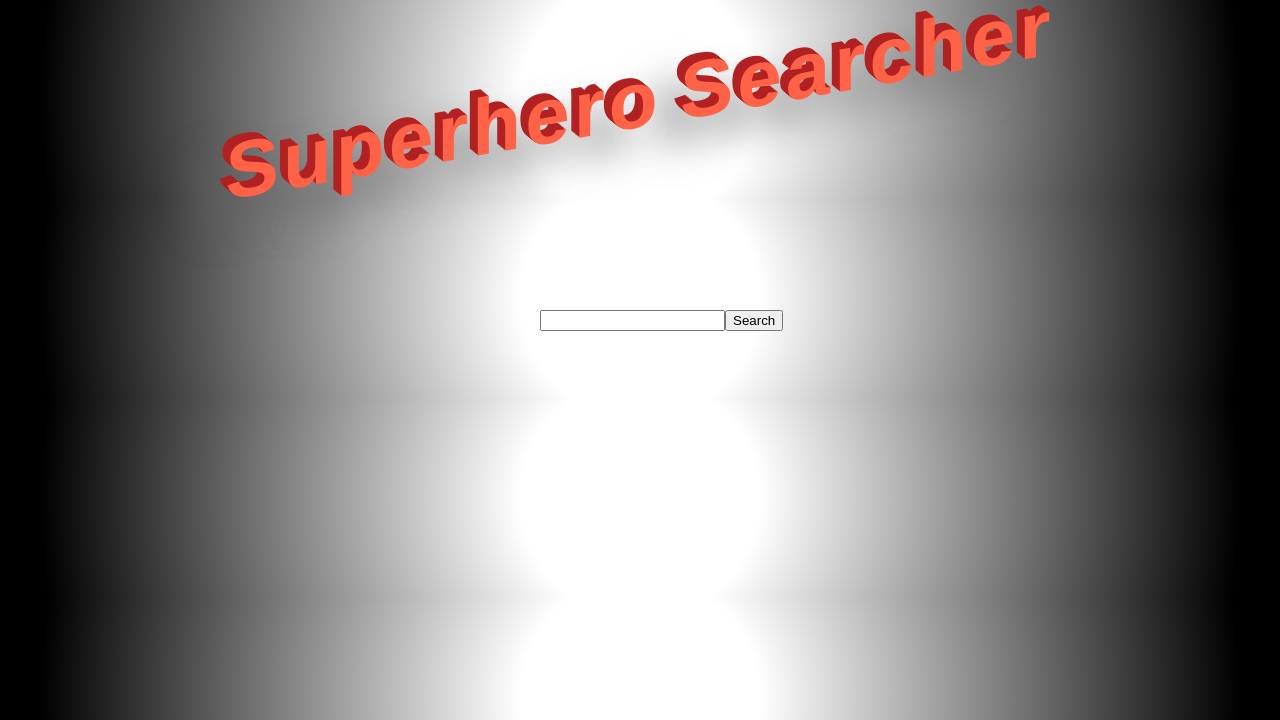
Repository: savi1623/SuperheroSearcher
Page: / (app in my-app/)
An editor plug-in stored every save of this project. The page is shown before and after the next save, followed by the edit.
The browser window is 1280 px wide. The pictures show the whole page.
The project was rebuilt for these pictures with package versions that can differ from the ones it lists, and the page was loaded fresh each time. Also part of the build but not shown: my-app/src/SuperImage/SuperImage.scss, my-app/src/SuperImage/SuperImage.js, my-app/src/Stats/Stats.scss, my-app/src/Stats/Stats.js, my-app/src/Biography/Biography.scss, my-app/src/Biography/Biography.js, my-app/src/Apperance/Apperance.scss, my-app/src/Apperance/Apperance.js and 8 more.

Above is the page before, as saved 2020-02-28 10:39:45.

### my-app/src/index.js
import React from 'react';
import ReactDOM from 'react-dom';
import App from './App/App.js';

ReactDOM.render(<App />, document.getElementById('root'));

// If you want your app to work offline and load faster, you can change
// unregister() to register() below. Note this comes with some pitfalls.
// Learn more about service workers: https://bit.ly/CRA-PWA

### my-app/src/App/App.js
import React from 'react';
import SuperSearch from '../SuperSearch/SuperSearch.js';
import ReactModal from 'react-modal';
import './App.scss';

class App extends React.Component {
  constructor(props) {
    super(props);
    this.state = {
      modalIsOpen: false,
      hero: 'batman',
    };
    this.onChange = this.onChange.bind(this);
    this.openModal = this.openModal.bind(this);
    this.closeModal = this.closeModal.bind(this);
  }

  onChange(e) {
    this.setState({ hero: e.target.value });
  }

  openModal() {
    this.setState({
      modalIsOpen: true
    })
  }

  closeModal() {
    this.setState({
      modalIsOpen: false
    })
  }


  render() {
    const { modalIsOpen } = this.state;
    return (
      <div className='App'>
        <h1 className='logo'>Superhero Searcher</h1>
        <div className='searchForm'>
          <input className='searchBar' type='text' onChange={this.onChange} />
          <button className='searchButton' onClick={this.openModal}>Search</button>
        </div>
        <ReactModal
          isOpen={modalIsOpen}
          onAfterOpen={this.afterOpenModal}
          onRequestClose={this.closeModal}
          className="statModal"
          overlayClassName="statOverlay"
          contentLabel="Stat Modal">
          <button onClick={this.closeModal}>Back</button>
          <SuperSearch superShow={this.state.superShow} hero={this.state.hero} />
        </ReactModal>
      </div>
    );
  }
}

export default App;

### my-app/src/App/App.scss
body {
  background: radial-gradient(600px at 50% 50% , #fff 20%, #000 100%);

}

.logo {
  text-align: center;
  font-family: 'Oswald', Helvetica, sans-serif;
  font-size: 80px;
  transform: skewY(-10deg);
  letter-spacing: 4px;
  word-spacing: -8px;
  color: tomato;
  text-shadow:
    -1px -1px 0 firebrick,
    -2px -2px 0 firebrick,
    -3px -3px 0 firebrick,
    -4px -4px 0 firebrick,
    -5px -5px 0 firebrick,
    -6px -6px 0 firebrick,
    -7px -7px 0 firebrick,
    -8px -8px 0 firebrick,
    -30px 20px 40px dimgrey
}

.searchForm{
  position: fixed;
  top: 50%;
  left: 50%;
  margin-top: -50px;
  margin-left: -100px;
  height: 50px;
  width: 300px;
}

.searchForm.on {
  -webkit-animation-name: in-out;
  animation-name: in-out;
  -webkit-animation-duration: 0.7s;
  animation-duration: 0.7s;
  -webkit-animation-timing-function: linear;
  animation-timing-function: linear;
  -webkit-animation-iteration-count: 1;
  animation-iteration-count: 1;
}

.searchBar{

}

.searchButton{

}

Loaded but not shown: my-app/public/index.html (common file)

After the next save:
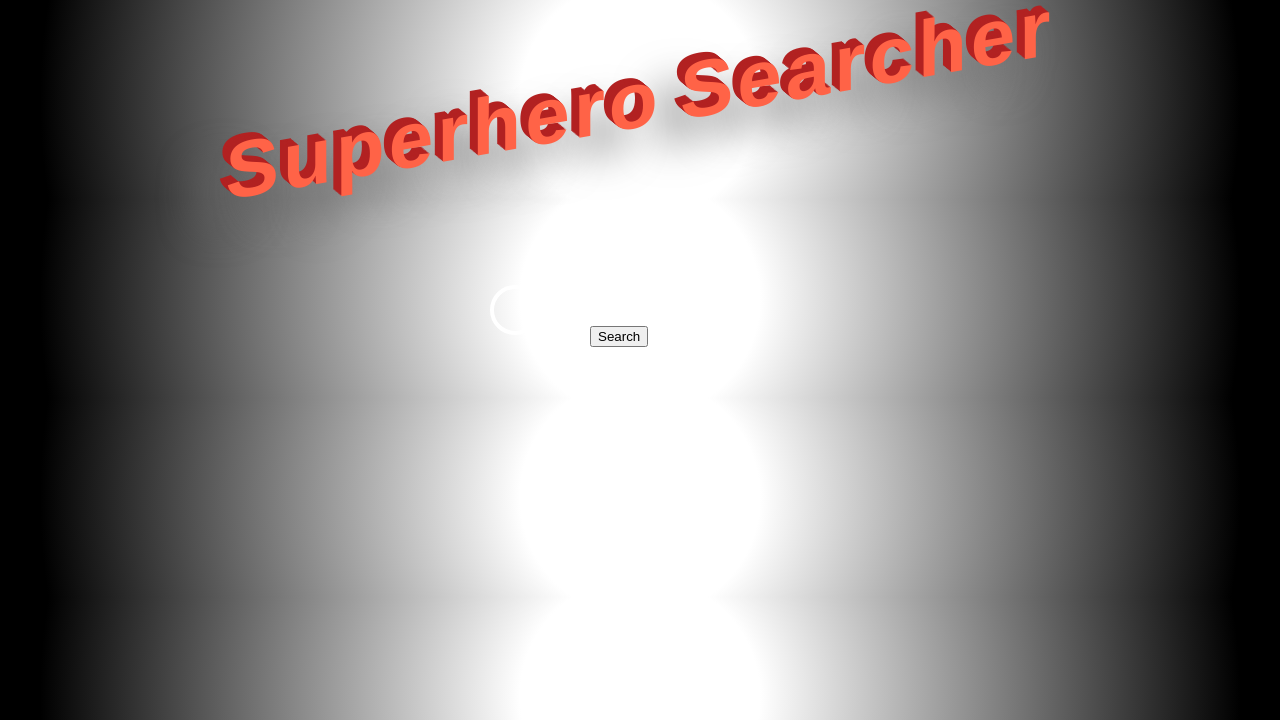
Saved 26 s later.
--- a/my-app/src/App/App.scss
+++ b/my-app/src/App/App.scss
@@ -45,7 +45,26 @@
 }
 
 .searchBar{
-
+  box-sizing: border-box;
+  width: 50px;
+  height: 50px;
+  border: 4px solid #ffffff;
+  border-radius: 50%;
+  background: none;
+  color: #fff;
+  font-size: 16px;
+  font-weight: 400;
+  font-family: Roboto;
+  outline: 0;
+  -webkit-transition: width 0.4s ease-in-out, border-radius 0.8s ease-in-out,
+    padding 0.2s;
+  transition: width 0.4s ease-in-out, border-radius 0.8s ease-in-out,
+    padding 0.2s;
+  -webkit-transition-delay: 0.4s;
+  transition-delay: 0.4s;
+  -webkit-transform: translate(-100%, -50%);
+  -ms-transform: translate(-100%, -50%);
+  transform: translate(-100%, -50%);
 }
 
 .searchButton{

After the save that followed:
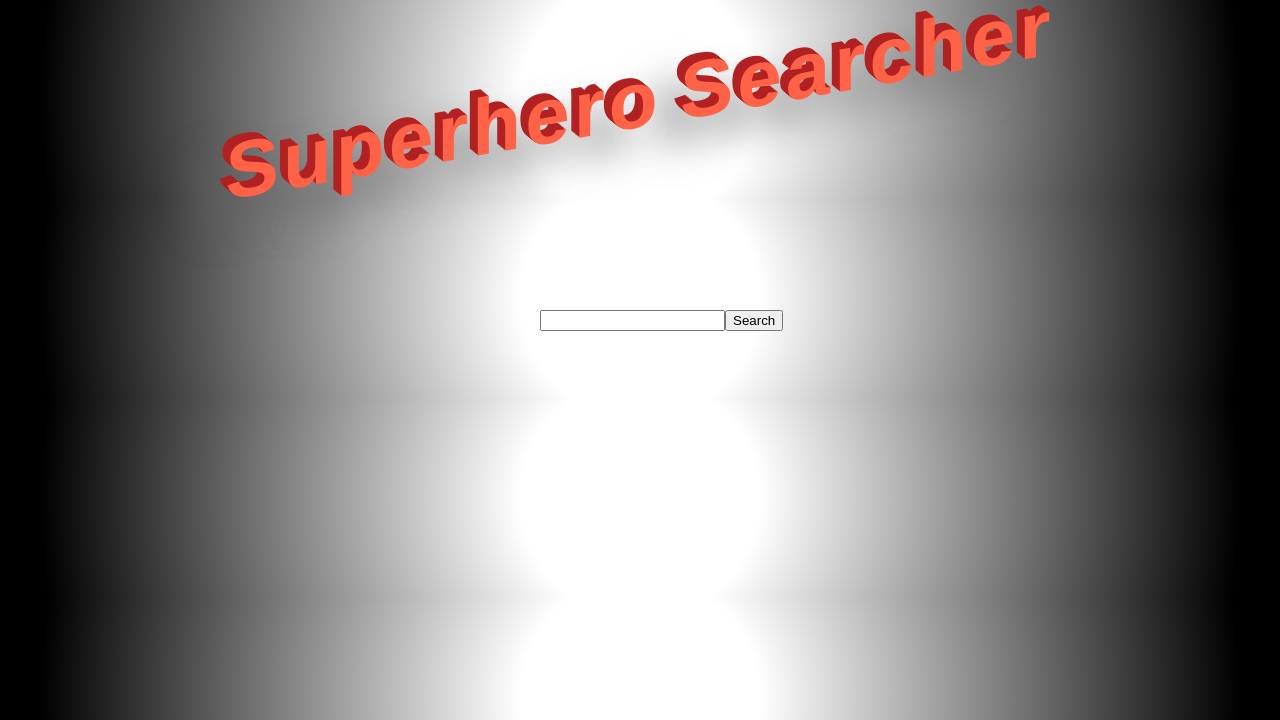
Saved 2 min 3 s later.
--- a/my-app/src/App/App.scss
+++ b/my-app/src/App/App.scss
@@ -33,38 +33,9 @@
   width: 300px;
 }
 
-.searchForm.on {
-  -webkit-animation-name: in-out;
-  animation-name: in-out;
-  -webkit-animation-duration: 0.7s;
-  animation-duration: 0.7s;
-  -webkit-animation-timing-function: linear;
-  animation-timing-function: linear;
-  -webkit-animation-iteration-count: 1;
-  animation-iteration-count: 1;
-}
+
 
 .searchBar{
-  box-sizing: border-box;
-  width: 50px;
-  height: 50px;
-  border: 4px solid #ffffff;
-  border-radius: 50%;
-  background: none;
-  color: #fff;
-  font-size: 16px;
-  font-weight: 400;
-  font-family: Roboto;
-  outline: 0;
-  -webkit-transition: width 0.4s ease-in-out, border-radius 0.8s ease-in-out,
-    padding 0.2s;
-  transition: width 0.4s ease-in-out, border-radius 0.8s ease-in-out,
-    padding 0.2s;
-  -webkit-transition-delay: 0.4s;
-  transition-delay: 0.4s;
-  -webkit-transform: translate(-100%, -50%);
-  -ms-transform: translate(-100%, -50%);
-  transform: translate(-100%, -50%);
 }
 
 .searchButton{
